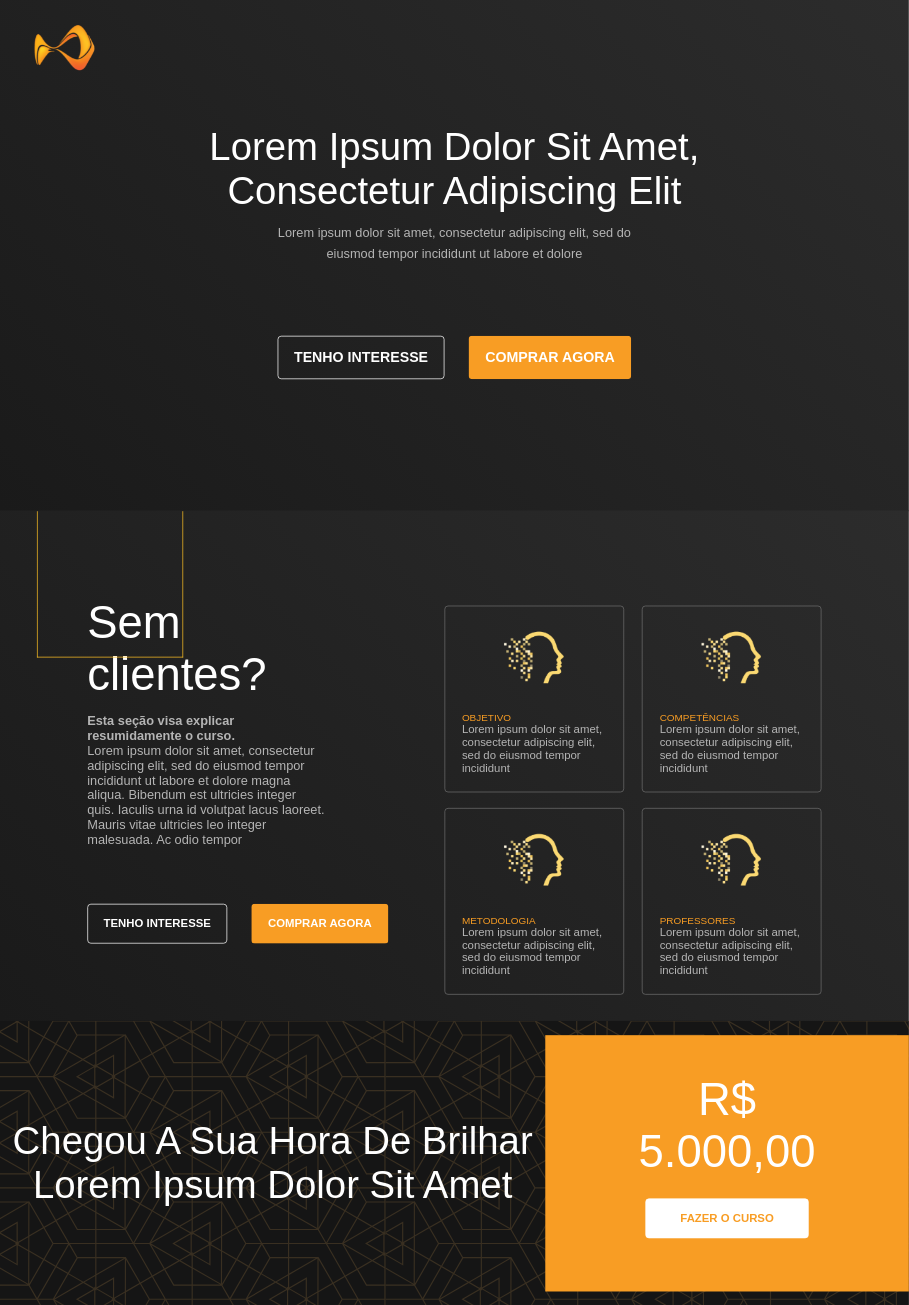
Repository: Rafael-Araujo-dev/Treinamento-Raccoon
Page: Projeto-2/index.html
These files come from the project's save history. The page is drawn as it stood at one moment and after the next save; the edit follows.
The browser window is 1280 px wide. The pictures show the whole page, at 71% of full size.
Some web fonts or font styles are not loaded; a fallback is used.

Above is the page before, as saved 2021-09-23 11:32:10.

### Projeto-2/index.html
<!DOCTYPE html>
<html>
    <head>
        <title></title>
        <meta charset="utf-8"/>
        <meta name="viewport" content="width=device-width,initial-scale=1.0,maximum-scale=1.0">
        <link rel="preconnect" href="https://fonts.googleapis.com">
        <link rel="preconnect" href="https://fonts.gstatic.com" crossorigin>
        <link href="https://fonts.googleapis.com/css2?family=Yantramanav:wght@300;400;700&display=swap" rel="stylesheet">
        <link rel="stylesheet" href="css/style.css"/>
    </head>
    <body>
        <section class="hero-section">
            <div class="hero-header">
                <img class="logo" src="images/LOGOSYNAPSE_simbolo_laranja.png"/>
            </div>
            <div class="hero-container">
                <div class="hero-title">
                    Lorem ipsum dolor sit amet,<br>
                    consectetur adipiscing elit
                </div>
                <div class="hero-text">
                    Lorem ipsum dolor sit amet, consectetur adipiscing elit, sed do eiusmod tempor incididunt ut labore et dolore
                </div>
            </div>
            <div class="hero-btn-group">
                <button class="btn secondary">
                    Tenho interesse
                </button>
                <button class="btn primary">
                    Comprar agora
                </button>
            </div>
        </section>

        <section class="course-summary">
            <div class="container">
                <div class="col m">
                    <span class="rectangule"></span>
                    <span class="title">
                        Sem<br>clientes?
                    </span>
                    <div class="text">
                        <strong>Esta seção visa explicar resumidamente o curso.</strong>
                        <br>
                        Lorem ipsum dolor sit amet, consectetur adipiscing elit, sed do eiusmod tempor incididunt ut labore et dolore magna aliqua. Bibendum est ultricies integer quis. Iaculis urna id volutpat lacus laoreet. Mauris vitae ultricies leo integer malesuada. Ac odio tempor
                    </div>
                    <div class="btn-group">
                        <button class="btn secondary">
                            Tenho interesse
                        </button>
                        <button class="btn primary">
                            Comprar agora
                        </button>
                    </div>
                </div>
                <div class="col l">
                    <div class="card-container">
                        <div class="card-item">
                            <div class="container">
                                <div class="card-image">
                                    <img src="./images/Oratória Digital Logo-1.png"/>
                                </div>
                                <div class="card-description">
                                    <div class="card-title">
                                        Objetivo
                                    </div>
                                    <div class="card-text">
                                        Lorem ipsum dolor sit amet, consectetur adipiscing elit, sed do eiusmod tempor incididunt
                                    </div>
                                </div>
                            </div>
                        </div>
                        <div class="card-item">
                            <div class="container">
                                <div class="card-image">
                                    <img src="./images/Oratória Digital Logo-1.png"/>
                                </div>
                                <div class="card-description">
                                    <div class="card-title">
                                        Competências
                                    </div>
                                    <div class="card-text">
                                        Lorem ipsum dolor sit amet, consectetur adipiscing elit, sed do eiusmod tempor incididunt
                                    </div>
                                </div>
                            </div>
                        </div>
                        <div class="card-item">
                            <div class="container">
                                <div class="card-image">
                                    <img src="./images/Oratória Digital Logo-1.png"/>
                                </div>
                                <div class="card-description">
                                    <div class="card-title">
                                        Metodologia
                                    </div>
                                    <div class="card-text">
                                        Lorem ipsum dolor sit amet, consectetur adipiscing elit, sed do eiusmod tempor incididunt
                                    </div>
                                </div>
                            </div>
                        </div>
                        <div class="card-item">
                            <div class="container">
                                <div class="card-image">
                                    <img src="./images/Oratória Digital Logo-1.png"/>
                                </div>
                                <div class="card-description">
                                    <div class="card-title">
                                        Professores
                                    </div>
                                    <div class="card-text">
                                        Lorem ipsum dolor sit amet, consectetur adipiscing elit, sed do eiusmod tempor incididunt
                                    </div>
                                </div>
                            </div>
                        </div>
                    </div>
                </div>
                <center>
                    <div class="btn-group mobile">
                        <button class="btn secondary">
                            Tenho interesse
                        </button>
                        <button class="btn primary">
                            Comprar agora
                        </button>
                    </div>
                </center>
            </div>
        </section>

        <section class="take-course">
            <div class="container">
                <div class="text">
                    Chegou a sua hora de brilhar <br>lorem ipsum dolor sit amet
                </div>
                <div class="card">
                    <div class="text">
                        R$ 5.000,00
                    </div>
                    <button class="btn white">
                        Fazer o curso
                    </button>
                </div>
            </div>
        </section>

    </body>
</html>

### Projeto-2/css/style.css
* {
    margin: 0;
    padding: 0;
    box-sizing: border-box;
    font-family: 'Yantramanav', sans-serif;
}

.btn {
    font-size: 20px;
    text-transform: uppercase;
    padding: 18px 22px;
    margin: 0px 15px 24px 15px;
    font-weight: bold;
}

@media (max-width: 890px) {
    .btn {
        font-size: 20px;
    }
}

@media (max-width: 645px) {
    .btn {
        font-size: 17px;
    }
}

@media (max-width: 500px) {
    .btn {
        font-size: 16px;
    }
}

.btn.primary {
    background-color: #F89D24;
    border: 1px solid transparent;
    border-radius: 5px;
    color: #FFF;
}

.btn.secondary {
    background-color: transparent;
    border: 1px solid #FFF;
    border-radius: 5px;
    color: #FFF;
}

.btn.white {
    background-color: #FFFFFF;
    border: 1px solid #FFF;
    border-radius: 5px;
    color: #000;
}

.hero-section {
    background: rgb(26,26,26);
    background: linear-gradient(45deg, rgba(26,26,26,1) 0%, rgba(44,44,44,1) 100%);
    min-height: 100vh;
    display: flex;
    flex-direction: column;
    justify-content: space-around;
}

.hero-header .logo {
    margin-left: 3.15%;
    margin-top: 2%;
    width: 12.1%;
    max-width: 100px;
}

.hero-container {
    position: relative;
    margin: auto;
    display: flex;
    flex-direction: column;
    flex-wrap: wrap;
}

@media (max-width: 1240px) {
    .hero-container {
        width: 60%;
    }
}

@media (max-width: 1028px) {
    .hero-container {
        width: 70%;
    }
}

@media (max-width: 890px) {
    .hero-container {
        width: 80%;
    }
}

.hero-title, .hero-text {
    color: #FFFFFF;
    text-align: center;
}

.hero-title {
    font-size: 54px;
    /* margin-top: 15.5vh; */
    text-transform: capitalize;
}

@media (max-width: 890px) {
    .hero-title {
        /* margin-top: 14%; */
        font-size: 45px;
    }
}

@media (max-width: 645px) {
    .hero-title {
        /* margin-top: 8%; */
        font-size: 40.5px;
    }
}

@media (max-width: 500px) {
    .hero-title {
        /* margin-top: 0%; */
    }
}

.hero-text {
    color: #B5B5B5;
    font-size: 18px;
    width: 60%;
    margin-top: 1.8vh;
    line-height: 30px;
    align-self: center;
    margin-bottom: 35px;
}

@media (max-width: 1024px) {
    .hero-text {
        width: 80%;
    }
}

@media (max-width: 890px) {
    .hero-text {

        font-size: 15px;
        width: 50%;
    }
}

@media (max-width: 645px) {
    .hero-text {

        font-size: 13.5px;
        width: 80%;
    }
}

@media (max-width: 500px) {
    .hero-text {
        /* margin-top: 5%; */
        width: 100%;
    }
}

.hero-btn-group {
    margin-bottom: 22.5vh;
    text-align: center;
}

.course-summary {
    background: rgb(26,26,26);
    background: linear-gradient(45deg, rgba(26,26,26,1) 0%, rgba(44,44,44,1) 100%);
    min-height: 100vh;
    padding-top: 18.6vh;
    margin-top: -1px;
}

@media (max-width: 450px) {
    .course-summary {
        padding-top: 6.5vh;
    }
}

.course-summary .container {
    position: relative;
    margin: auto;
    display: flex;
    justify-content:center;
    flex-wrap: wrap;
}

.course-summary .col {
    display: flex;
}

.course-summary .col.m {
    display: flex;
    flex-direction: column;
}

.course-summary .col.l {
    margin-left: 5vw;
}

.course-summary .col .rectangule {
    position: absolute;
    margin-top: -18.5vh;
    margin-left: -5.5vw;
    border: 1px solid #FEC024;
    border-top: none;
    width: 206px;
    height: 206px;
}

.course-summary .col .title {
    font-size: 64px;
    color: #FFFFFF;
    margin-top: -2vh;
}

@media (max-width: 450px) {
    .course-summary .col .rectangule {
        margin-top: -6.5vh;
        margin-left: 3.8vw;
        width: 110px;
        height: 110px;
    }

    .course-summary .col .title {
        font-size: 48px;
        margin-left: 24px;
        margin-top: 1vh;
    }
}

.course-summary .col .text {
    font-size: 18px;
    color: #B5B5B5;
    font-weight: 300;
    max-width: 337px;
    margin-top: 2.6vh;
}

@media (max-width: 450px) {
    .course-summary .col .text {
        font-size: 13.5px;
        max-width: 85%;
        line-height: 25px;
        align-self: center;
    }
}

.course-summary .col .btn-group {
    margin-top: 11vh;
    margin-left: -15px;
}

.course-summary .btn-group.mobile {
    display: none;
    margin-top: 36px;
}

@media (max-width: 450px) {
    .course-summary .col .btn-group {
        display: none;
    }

    .course-summary .btn-group.mobile {
        display: inherit;
    }
}

.course-summary .col .btn-group .btn {
    font-size: 16px;
}

.course-summary .card-container {
    display: grid;
    grid-template-columns: repeat(2, 1fr);
    grid-template-rows: repeat(2, 1fr);
    grid-column-gap: 2vw;
    grid-row-gap: 3vh;
}

@media(max-width: 650px) {
    .course-summary .card-container {
        grid-template-columns: repeat(1, 1fr);
        grid-template-rows: repeat(1, 1fr);
        margin-left: -25px;
    }
}

@media(max-width: 450px) {
    .course-summary .card-container {
        margin-top: 50px;
    }
}

@media(max-width: 300px) {
    .course-summary .card-container {
        margin-left: -10px;
    }
}

.course-summary .card-item {
    border: 1px solid #6E6E6E;
    border-radius: 5px;
    max-width: 253px;
}

.course-summary .card-item .container {
    text-align: center;
    margin: 24px;
    padding: 0;
}

.course-summary .card-item .card-description {
    text-align: left;
}

.course-summary .card-item .card-title {
    font-size: 14px;
    color: #F89D24;
    text-transform: uppercase;
    margin-top: 3.5vh;
}

.course-summary .card-item .card-text {
    font-size: 16px;
    color: #B5B5B5;
}

.take-course {
    background-color: #191919;
    background-image: url('../images/Grupo\ 34.svg');
    height: 400px;
    margin-top: -1px;
}

.take-course .container{
    background-color: rgba(20,20,20,0.7);
}

.take-course .container {
    height: 100%;
    display: flex;
    flex-direction: row;
    justify-content: end;
    align-items: center;
    padding-right: 0;
}

.take-course .container .text {
    font-size: 54px;
    color: #FFFFFF;
    text-align: center;
    width: 60%;
    text-transform: capitalize;
}

.take-course .container .card {
    display: flex;
    flex-direction: column;
    align-items: center;
    background-color:#F89D24;
    width: 40%;
    padding-top: 53px;
    padding-bottom: 75px;
}

.take-course .container .card .btn {
    margin: 0;
    margin-top: 29px;
    padding-left: 48px;
    padding-right: 48px;
    font-size: 16px;
    color: #F89D24;
}

.take-course .container .card .text {
    font-weight: normal;
    font-size: 64px;
}

After the next save:
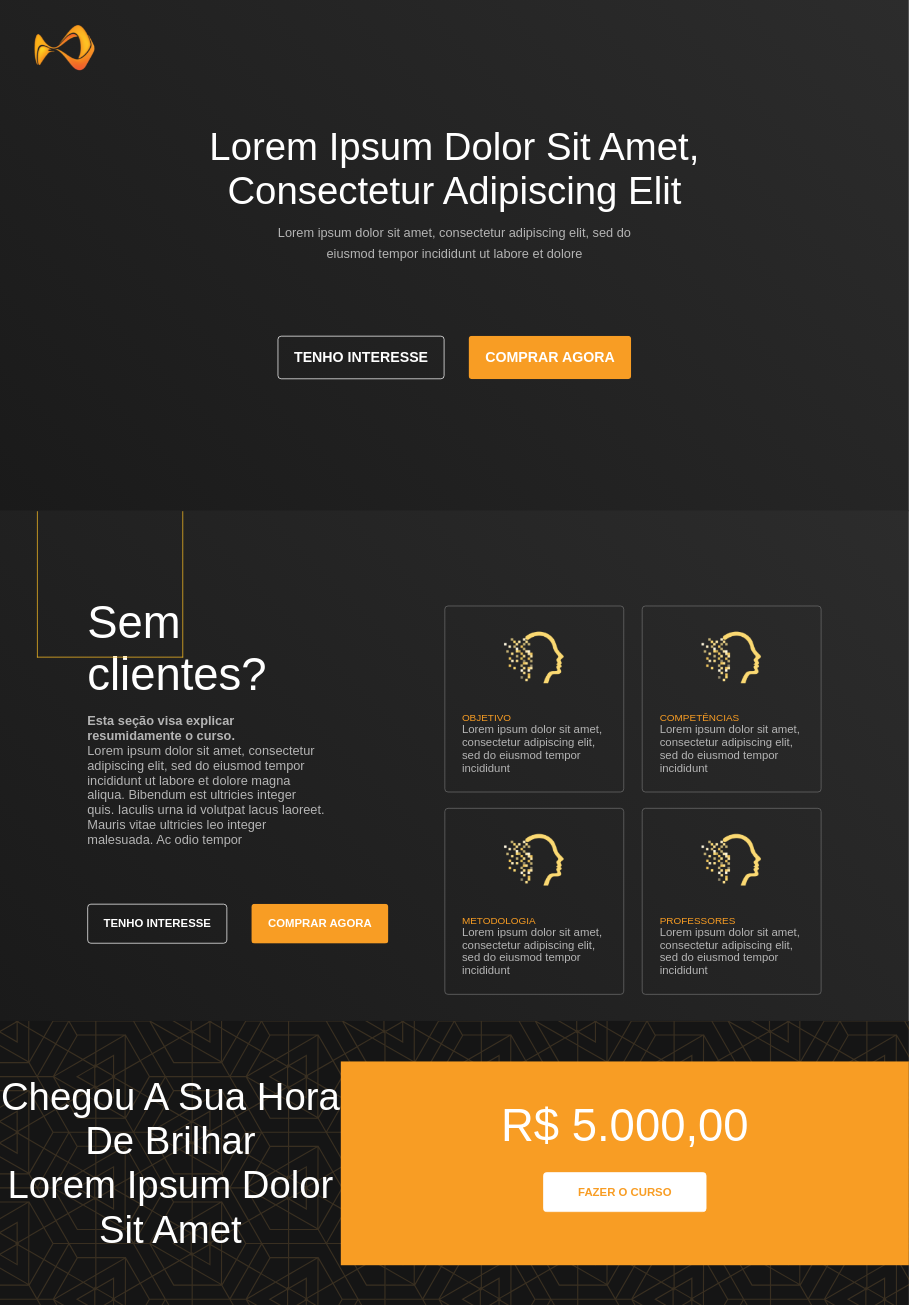
Saved 9 s later.
--- a/Projeto-2/css/style.css
+++ b/Projeto-2/css/style.css
@@ -365,7 +365,7 @@
     flex-direction: column;
     align-items: center;
     background-color:#F89D24;
-    width: 40%;
+    width: 100%;
     padding-top: 53px;
     padding-bottom: 75px;
 }

After the 6 saves that followed:
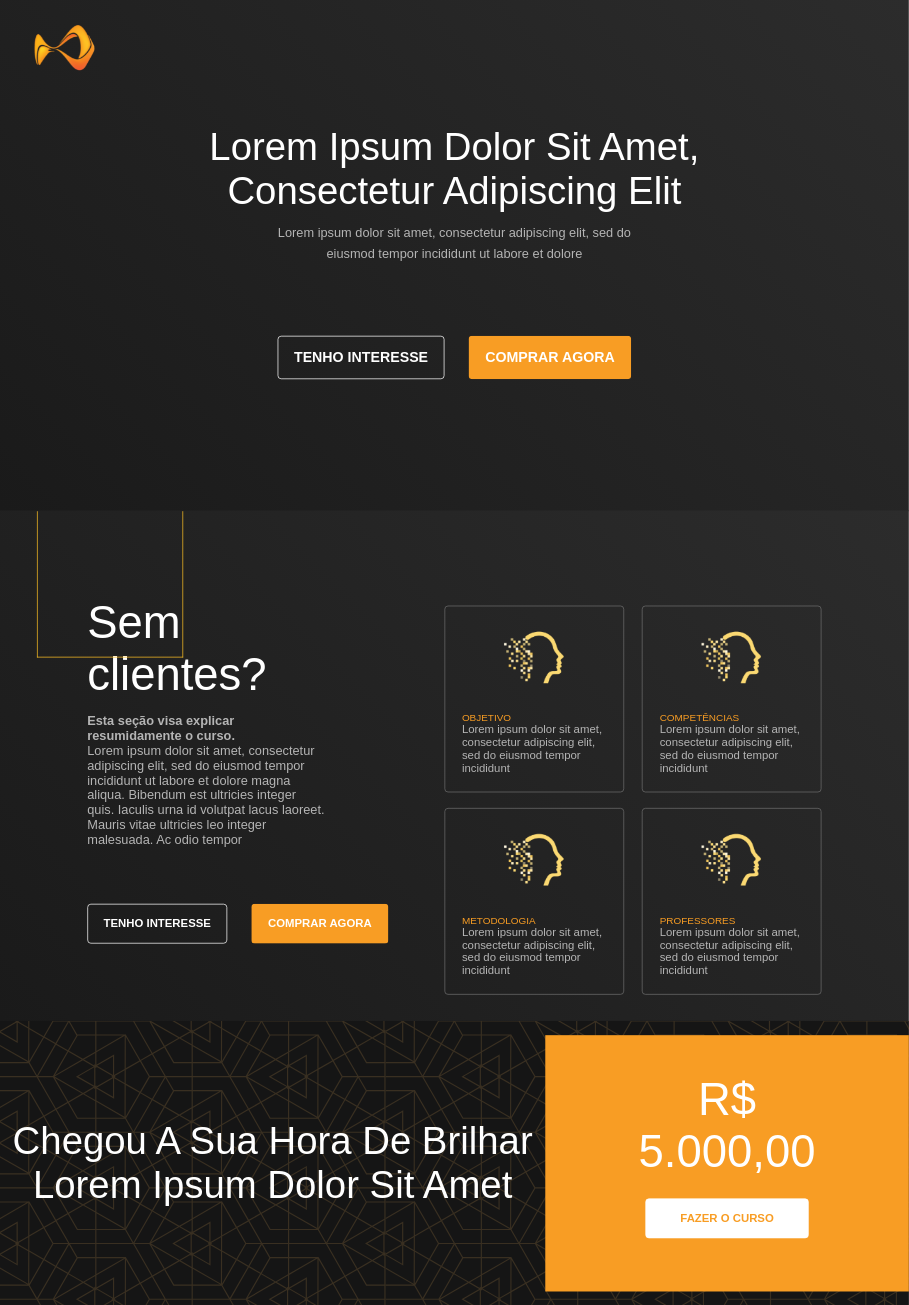
The 6 saves are shown as one change because 1 left the picture as it was and some came seconds apart.
The last was saved 19 s later.
--- a/Projeto-2/css/style.css
+++ b/Projeto-2/css/style.css
@@ -365,7 +365,7 @@
     flex-direction: column;
     align-items: center;
     background-color:#F89D24;
-    width: 100%;
+    width: 40%;
     padding-top: 53px;
     padding-bottom: 75px;
 }
